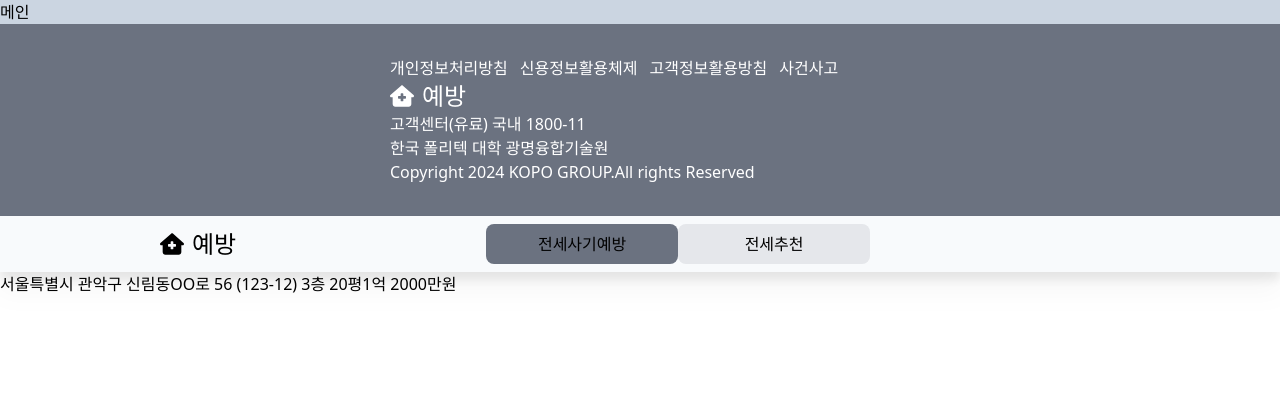
Repository: hanaTI-team-1/frontend
Page: /
The author's editor kept a copy of each file at every save. The page is drawn from the files as they stood at one save, then again after the next save.
The browser window is 1280 px wide. The pictures show the whole page.
The project was rebuilt for these pictures with package versions that can differ from the ones it lists, and the page was loaded fresh each time. Also part of the build but not shown: vite.config.js, src/App.css, src/components/Recommend.jsx, src/components/Protect.jsx.

Above is the page before, as saved 2024-07-11 21:32:11.

### src/App.jsx
import { Route, Routes } from "react-router-dom";
import "./App.css";
import Main from "./components/Main";
import Recommend from "./components/Recommend";
import Protect from "./components/Protect";

function App() {
  return (
    <>
      <Routes>
        <Route path="/" element={<Main />} />
        <Route path="/protect" element={<Protect />} />
        <Route path="/recommend" element={<Recommend />} />
      </Routes>
    </>
  );
}

export default App;

### src/components/Main.jsx
import { Footer } from './Footer';
import { Header } from './Header';
import { JeonseCard } from './JeonseCard';

export default function Main() {
  return (
    <>
      <div className="bg-slate-300">메인</div>
      <Footer />
      <Header />
      <ul>
        <JeonseCard />
      </ul>
    </>
  );
}

### src/components/Footer.jsx
import { Logo } from './Logo'

export const Footer = () => {
  return <footer className='h-48 flex items-center justify-center bg-gray-500 text-white'>
    <div className='min-w-[500px]'>
      <nav>
        <ul className='flex gap-3'>
          <li className='cursor-pointer'>개인정보처리방침</li>
          <li className='cursor-pointer'>신용정보활용체제</li>
          <li className='cursor-pointer'>고객정보활용방침</li>
          <li className='cursor-pointer'>사건사고</li>
        </ul>
      </nav>
      <div><Logo /></div>
      <div>고객센터(유료) 국내 1800-11</div>
      <div>한국 폴리텍 대학 광명융합기술원</div>
      <div>Copyright 2024 KOPO GROUP.All rights Reserved</div>
    </div>
  </footer>
}

### src/components/Header.jsx
import { Logo } from './Logo'
import { Link } from 'react-router-dom'

export const Header = () => {
  return <header className='bg-slate-50 xl:px-40 flex w-full h-14 items-center justify-between drop-shadow-xl'>
    <Logo />
    <nav className='flex'>
      {/* 클릭하면 /proctect로 이동 */}
      <Link to={"/protect"}
        className='h-10 leading-10 rounded-lg bg-gray-500 text-center w-48 cursor-pointer hover:bg-gray-600 hover:rounded-full duration-150'
      >
        전세사기예방
      </Link>
      {/* 클릭하면 /로 이동 */}
      <Link to={"/recommend"}
        className='h-10 leading-10 rounded-lg bg-gray-200 text-center w-48 cursor-pointer hover:bg-gray-300 hover:rounded-full duration-150'
      >
        전세추천
      </Link>
    </nav>
    <div />
  </header>

}

### src/components/JeonseCard.jsx
import { IoIosArrowDroprightCircle } from 'react-icons/io'
import { MdApartment } from 'react-icons/md'

export const JeonseCard = () => {
  return <li>
    {/* right box */}
      <div>
        {/* icon */}
        {/* <div>
          <MdApartment size={48}/>
        </div> */}
        <div>
          <span>서울특별시 관악구 신림동</span>
          <span>OO로 56 (123-12) 3층 20평</span>
          <span>1억 2000만원</span>
        </div>
        {/* <div>
          <IoIosArrowDroprightCircle />
        </div> */}
      </div>
  </li>
}

### src/components/Logo.jsx
import { FaHouseMedical } from 'react-icons/fa6'
import { Link } from 'react-router-dom'

export const Logo = () => {
  return <Link to={"/"} className='flex items-center gap-2 cursor-pointer'>
    <FaHouseMedical size={24} />
    <span className='text-2xl'>예방</span>
  </Link>
}

Loaded but not shown: index.html (common file); src/main.jsx (common file); src/index.css (common file); tailwind.config.js (common file)

After the next save:
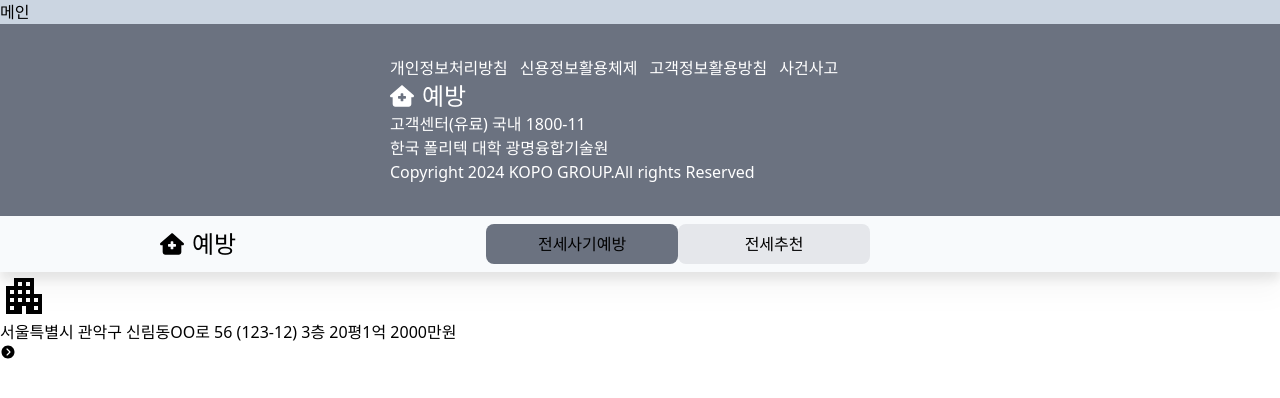
Saved 8 s later.
--- a/src/components/JeonseCard.jsx
+++ b/src/components/JeonseCard.jsx
@@ -6,17 +6,17 @@ export const JeonseCard = () => {
     {/* right box */}
       <div>
         {/* icon */}
-        {/* <div>
+        <div>
           <MdApartment size={48}/>
-        </div> */}
+        </div>
         <div>
           <span>서울특별시 관악구 신림동</span>
           <span>OO로 56 (123-12) 3층 20평</span>
           <span>1억 2000만원</span>
         </div>
-        {/* <div>
+        <div>
           <IoIosArrowDroprightCircle />
-        </div> */}
+        </div>
       </div>
   </li>
 }
